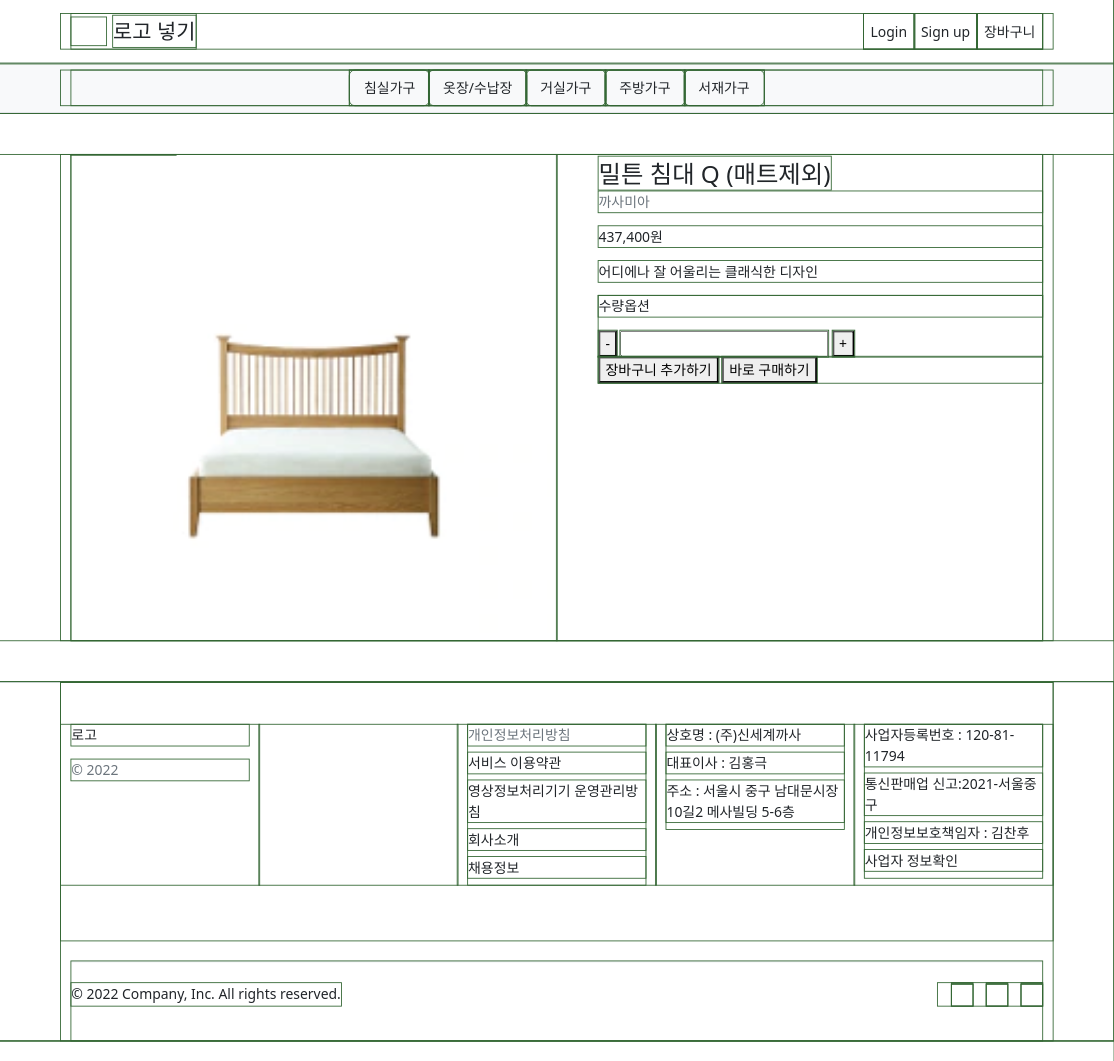
Repository: raoniee/Elice-House-Project
Page: FE/views/pages/main/item-detail-page.html
An editor plug-in stored every save of this project. The page is shown before and after the next save, followed by the edit.
The browser window is 1280 px wide. The pictures show the whole page, at 87% of full size.

Above is the page before, as saved 2023-07-06 15:03:01.

After the next save:
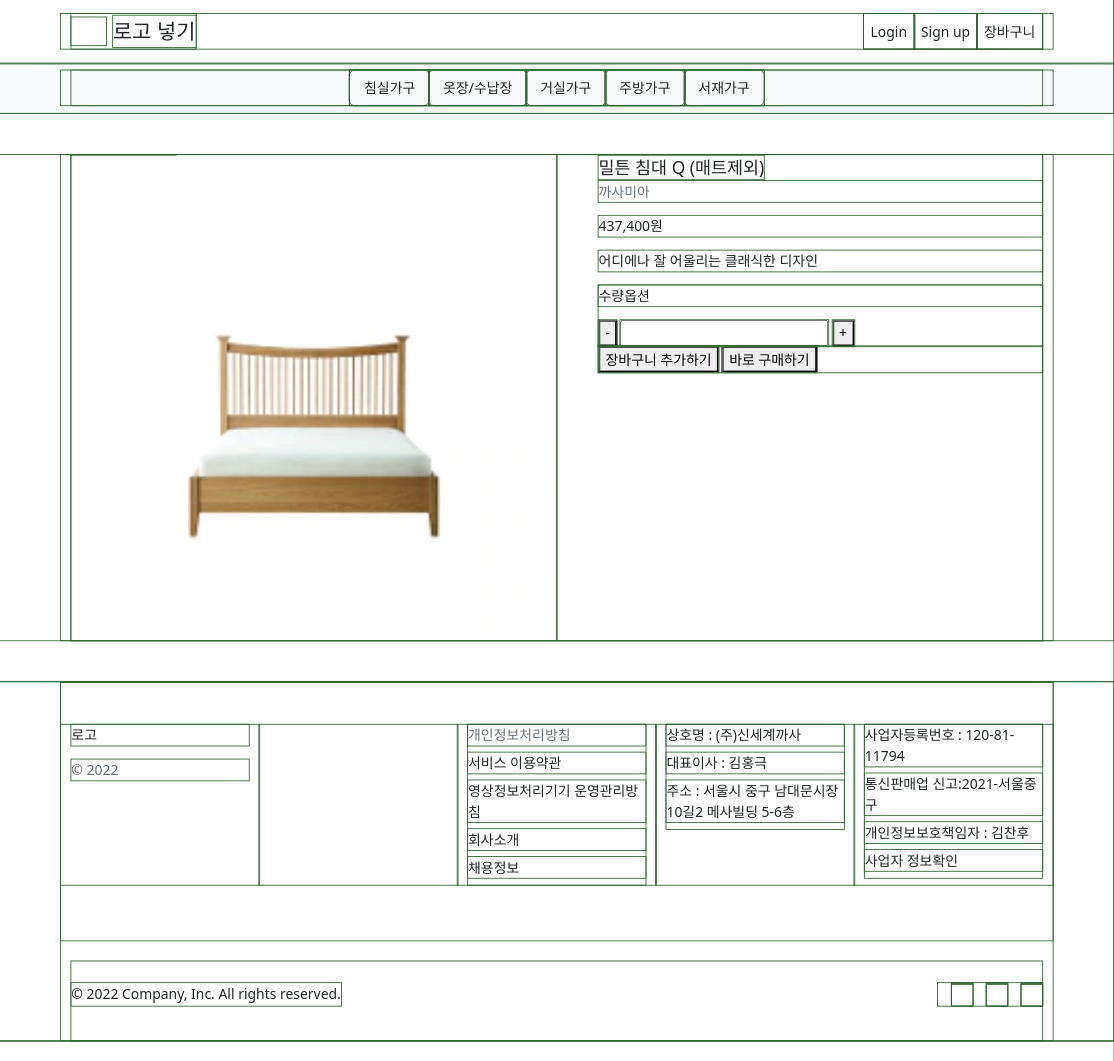
Saved 7 s later.
--- a/FE/views/pages/main/item-detail-page.html
+++ b/FE/views/pages/main/item-detail-page.html
@@ -52,7 +52,7 @@
             alt="가구"
           />
           <div class="item_detail_content w-50 ps-5">
-            <span class="item_detail_name fs-3">밀튼 침대 Q (매트제외)</span>
+            <span class="item_detail_name fs-5">밀튼 침대 Q (매트제외)</span>
             <p class="item_detail_brand text-muted">까사미아</p>
             <p class="item_detail_price">437,400원</p>
             <p class="item_detail_desc">어디에나 잘 어울리는 클래식한 디자인</p>

After the save that followed:
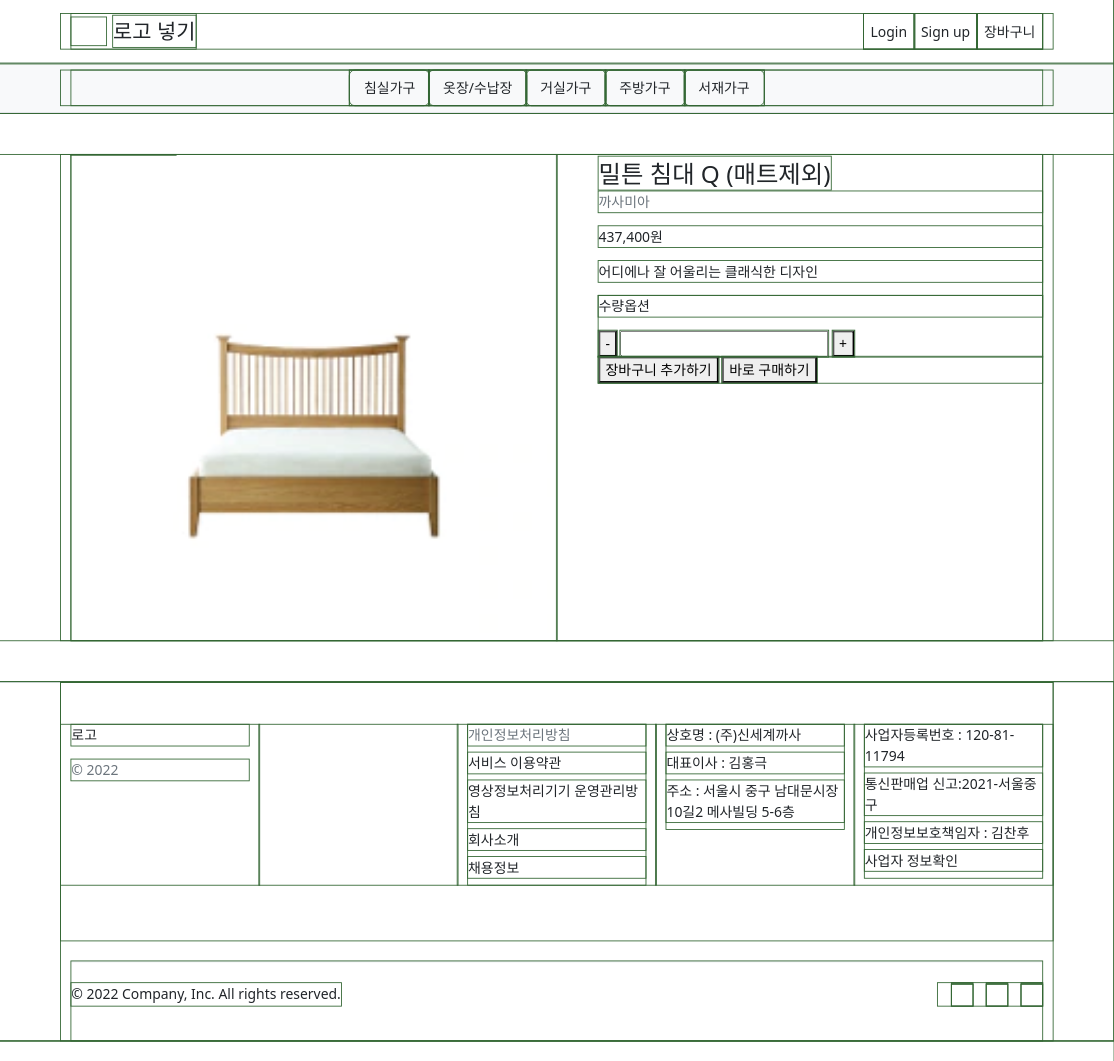
Saved 14 s later.
--- a/FE/views/pages/main/item-detail-page.html
+++ b/FE/views/pages/main/item-detail-page.html
@@ -52,7 +52,7 @@
             alt="가구"
           />
           <div class="item_detail_content w-50 ps-5">
-            <span class="item_detail_name fs-5">밀튼 침대 Q (매트제외)</span>
+            <span class="item_detail_name fs-3">밀튼 침대 Q (매트제외)</span>
             <p class="item_detail_brand text-muted">까사미아</p>
             <p class="item_detail_price">437,400원</p>
             <p class="item_detail_desc">어디에나 잘 어울리는 클래식한 디자인</p>
